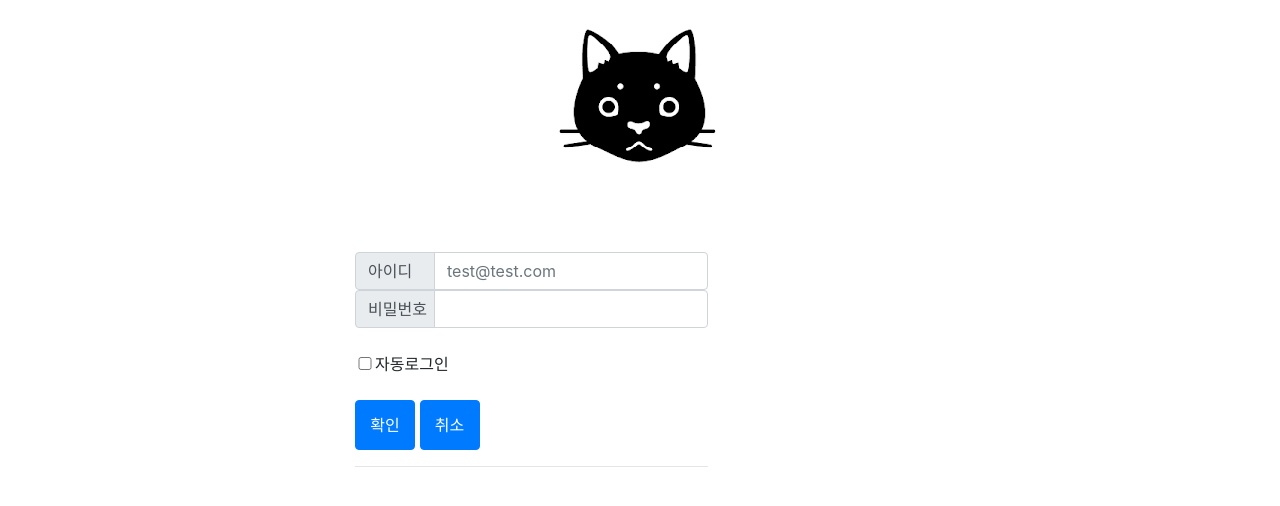
Repository: 0deepsleep/SpringMVCStudy
Page: http://localhost/TestProject/joinCheck.jsp
These files come from the project's save history. The page is drawn as it stood at one moment and after the next save; the edit follows.
The browser window is 1280 px wide. The pictures show the whole page.
The page is served by Tomcat 9.

Above is the page before, as saved 2019-06-14 09:41:59.

### TestProject/WebContent/joinCheck.jsp
<%@ page contentType="text/html; charset=UTF-8"%>
<%@ taglib prefix="c" uri="http://java.sun.com/jsp/jstl/core" %>
<%
	request.setCharacterEncoding("UTF-8");
	String cp = request.getContextPath();
%>
<!DOCTYPE html>
<html>
<head>
<meta charset="UTF-8">
<title>joinCheck.jsp</title>
<link rel="stylesheet" href="https://stackpath.bootstrapcdn.com/bootstrap/4.3.1/css/bootstrap.min.css">
<style type="text/css">
	.bolck
	{
		width: 80px;
	}

	.btn
	{
		width: 60px;
		height: 50px
	}


	#err
	{
		display: none;
		color: red;
		font-size: small;
	}

	*{text-align:left;}

</style>
<script type="text/javascript" src="https://ajax.googleapis.com/ajax/libs/jquery/3.4.1/jquery.min.js"></script>
<script type="text/javascript">

	$(document).ready(function()
	{
		$("#btn").click(function()
		{

			$("#err").css("display", "none");

			if($("#userPwd").val()=="")
			{
				$("#err").css("display", "inline");
				return;
			}

			$("#memberForm").submit();

		});


	});
</script>
</head>
<body>

<div class="text-center container">
	<img src="<%=cp %>/img/cat.png" class="rounded" alt="" >
  <div class="row" style="margin-top: 60px;">
  	<div class="col-md-6- offset-md-3">
  		<div class="input-group" id="memberForm">
	  		<div class="input-group-prepend">
		    	<span class="input-group-text bolck">아이디</span>
		    </div>
		  <input type="text" id="userId" name="userId" class="form-control"
		  required="required" placeholder="test@test.com">
		    </div>

		<div class="input-group" id="memberForm">
	  		<div class="input-group-prepend">
		    	<span class="input-group-text bolck">비밀번호</span>
		    </div>
		  	<input type="password" id="userPwd" name="userPwd" class="form-control"
		  required="required" >
		</div>
		<span id="err">패스워드를 입력하세요.</span>
		<br><input type="checkbox" style="width: 20px;">자동로그인

		<br><br>
		<button type="button" id="btn" name="btn" class="btn-primary btn">확인</button>
		<button type="button" id="btn" name="btn" class="btn-primary btn">취소</button>
		<br><hr />

	</div>
  </div>
</div>

</body>
</html>

After the next save:
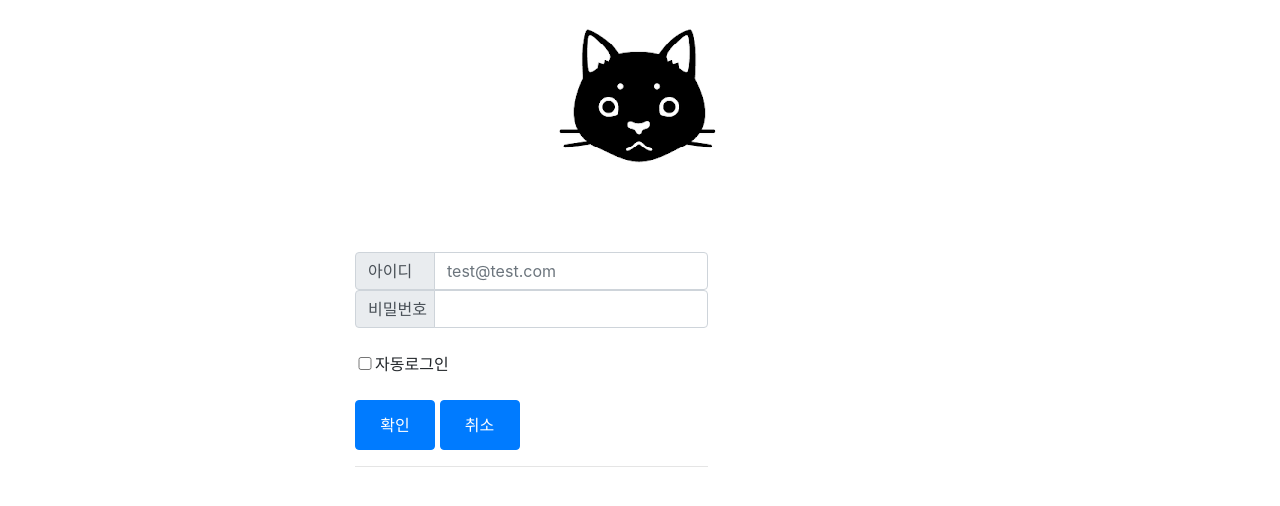
Saved 4 s later.
--- a/TestProject/WebContent/joinCheck.jsp
+++ b/TestProject/WebContent/joinCheck.jsp
@@ -18,7 +18,7 @@
 
 	.btn
 	{
-		width: 60px;
+		width: 80px;
 		height: 50px
 	}
 
